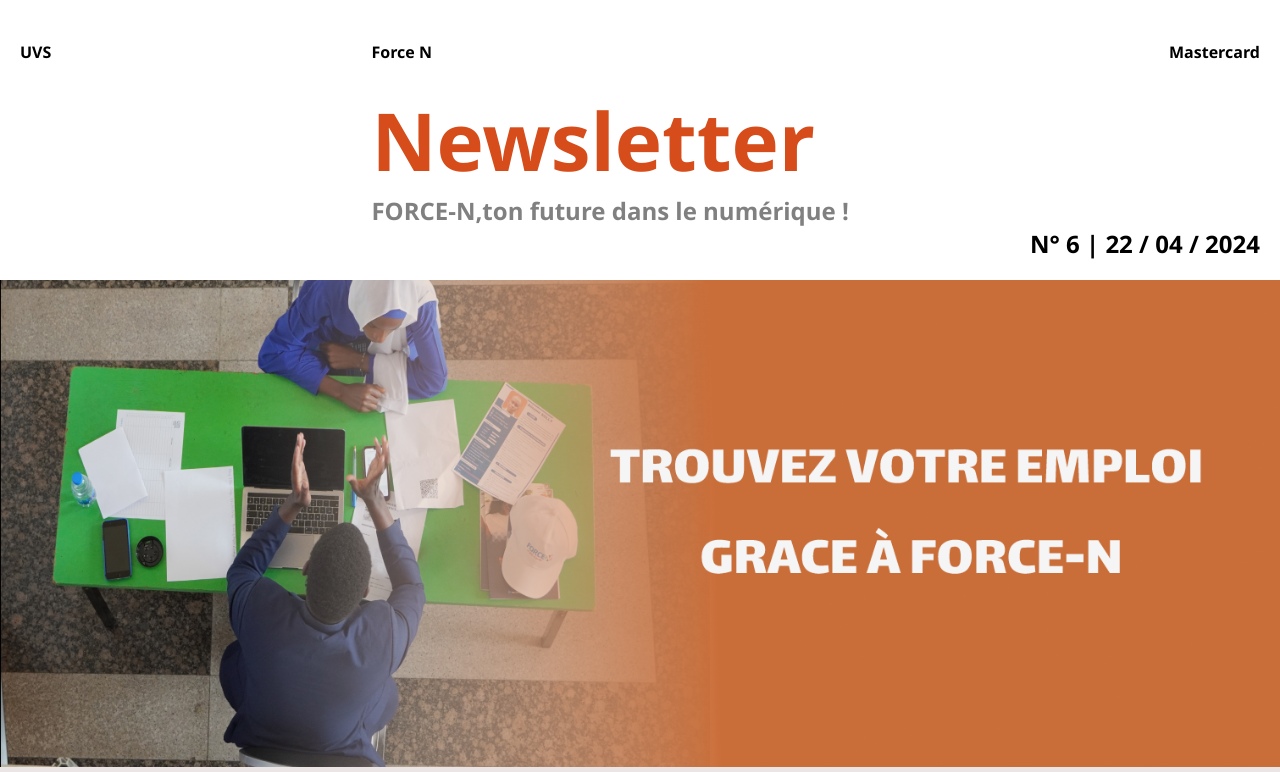
Repository: Ken-dia/newsletters_force_n
Page: index.html
An editor plug-in stored every save of this project. The page is shown before and after the next save, followed by the edit.
The browser window is 1280 px wide. The pictures show the whole page.

Above is the page before, as saved 2024-04-18 15:17:40.

### index.html
<!DOCTYPE html>
<html lang="en">
<head>
    <meta charset="UTF-8">
    <meta name="viewport" content="width=device-width, initial-scale=1.0">
    <link rel="stylesheet" href="styles.css">
    <title>FORCEN</title>
</head>
<body>
    <div class="entete">
        <div class="logos">
            <div class="logo">
                <h4>UVS</h4>
            </div>
            <div class="logo">
                <h4>Force N</h4>
                <div class="title-newsletters">Newsletter</div>
                <div class="subtitle-newsletters">FORCE-N,ton future dans le numérique !</div>
            </div>
            <div class="logo">
                <h4>Mastercard</h4>
            </div>

        </div>
        <div class="day">
            <div>N° 6 | 22 / 04 / 2024</div>
        </div>
    </div>
    <div class="image1">
        <img src="/images/image1.png" alt="image1" width="100%">
    </div>

</body>
</html>

### styles.css
body {
    font-family: 'Segoe UI', Tahoma, Geneva, Verdana, sans-serif;
    background-color: rgb(235, 229, 229);
   margin: 0px;
}
.entete {
    background-color: white;
    padding: 20px;
}
.logos {
    display: flex;
    justify-content: space-between;
}
.title-newsletters {
    color: rgb(214, 76, 26);
    font-size: 5rem;
    font-weight: 950;
}
.subtitle-newsletters {
    color: grey;
    font-size: 1.5rem;
    font-weight: 950;
}
.day {
    display: flex;
    justify-content: end;
    font-size: 1.5rem;
    font-weight: 950;
}

After the next save:
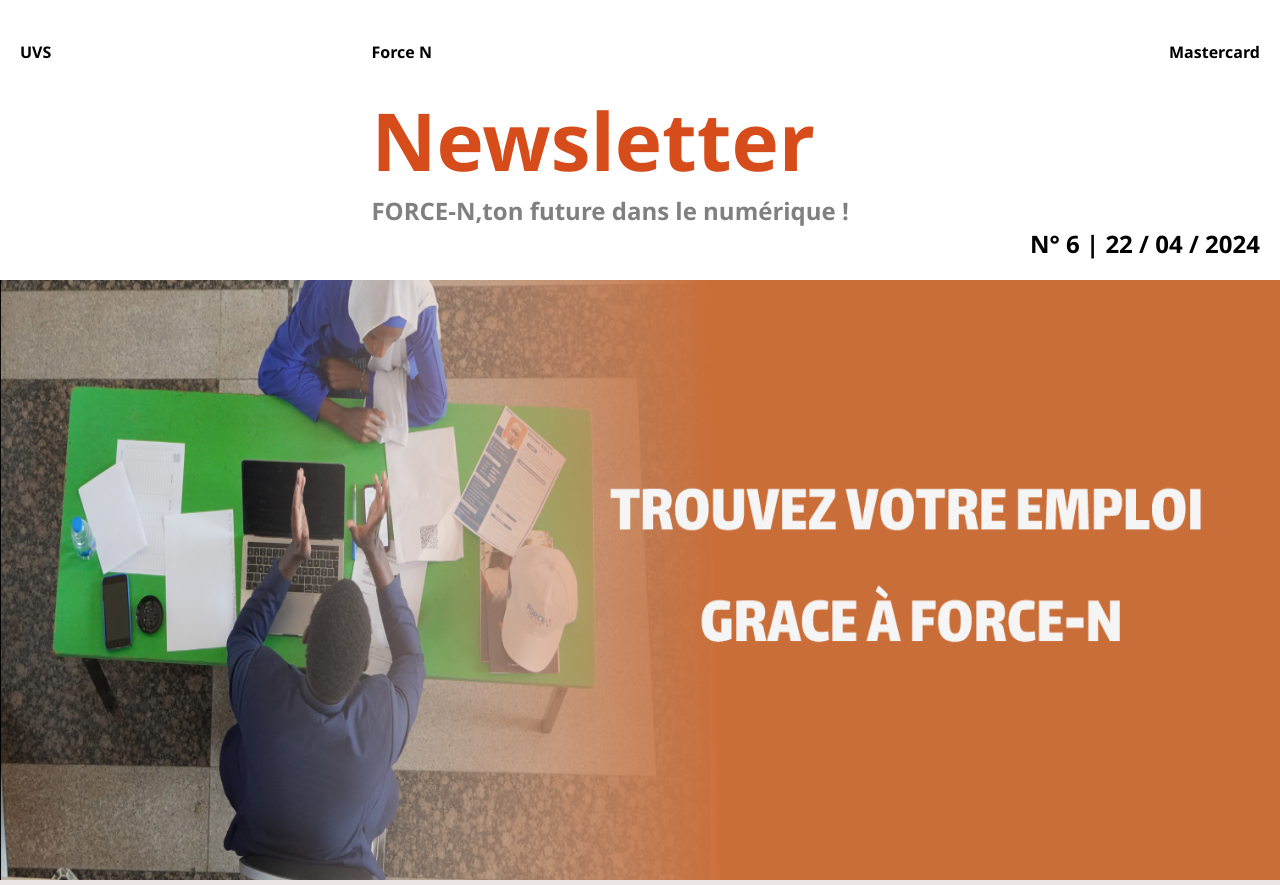
Saved 104 s later.
--- a/index.html
+++ b/index.html
@@ -27,7 +27,7 @@
         </div>
     </div>
     <div class="image1">
-        <img src="/images/image1.png" alt="image1" width="100%">
+        <img src="/images/image1.png" alt="image1" width="100%" height="600px">
     </div>
 
 </body>
